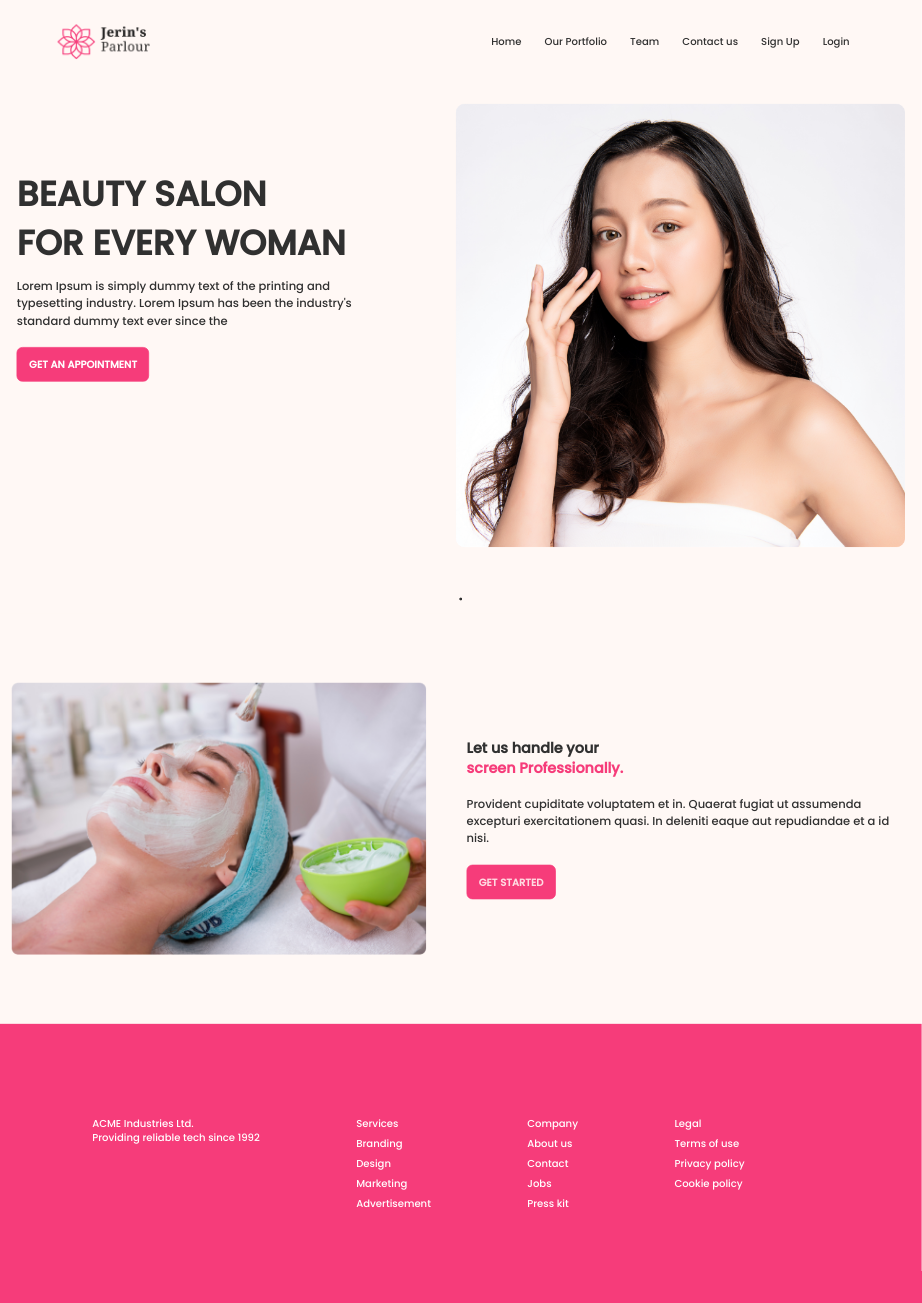
Repository: Wahid137/jerins-parlour-client
Page: /
These files come from the project's save history. The page is drawn as it stood at one moment and after the next save; the edit follows.
The browser window is 1280 px wide. The pictures show the whole page, at 72% of full size.
The page's requests for data from a server got no answer. The project was rebuilt for these pictures with package versions that can differ from the ones it lists, and the page was loaded fresh each time. No one was signed in, and anything a server would have sent is missing. Also part of the build but not shown: src/App.css, src/Pages/Home/Services/ServicesCard.js.

Above is the page before, as saved 2023-07-16 04:14:07.

### public/index.html
<!DOCTYPE html>
<html lang="en">
  <head>
    <meta charset="utf-8" />
    <link rel="icon" href="%PUBLIC_URL%/favicon.ico" />
    <meta name="viewport" content="width=device-width, initial-scale=1" />
    <meta name="theme-color" content="#000000" />
    <meta
      name="description"
      content="Web site created using create-react-app"
    />
    <link rel="preconnect" href="https://fonts.googleapis.com">
    <link rel="preconnect" href="https://fonts.gstatic.com" crossorigin>
    <link href="https://fonts.googleapis.com/css2?family=Poppins:wght@500&display=swap" rel="stylesheet">
    <link rel="apple-touch-icon" href="%PUBLIC_URL%/logo192.png" />
    <!--
      manifest.json provides metadata used when your web app is installed on a
      user's mobile device or desktop. See https://developers.google.com/web/fundamentals/web-app-manifest/
    -->
    <link rel="manifest" href="%PUBLIC_URL%/manifest.json" />
    <!--
      Notice the use of %PUBLIC_URL% in the tags above.
      It will be replaced with the URL of the `public` folder during the build.
      Only files inside the `public` folder can be referenced from the HTML.

      Unlike "/favicon.ico" or "favicon.ico", "%PUBLIC_URL%/favicon.ico" will
      work correctly both with client-side routing and a non-root public URL.
      Learn how to configure a non-root public URL by running `npm run build`.
    -->
    <title>React App</title>
  </head>
  <body>
    <noscript>You need to enable JavaScript to run this app.</noscript>
    <div id="root"></div>
    <!--
      This HTML file is a template.
      If you open it directly in the browser, you will see an empty page.

      You can add webfonts, meta tags, or analytics to this file.
      The build step will place the bundled scripts into the <body> tag.

      To begin the development, run `npm start` or `yarn start`.
      To create a production bundle, use `npm run build` or `yarn build`.
    -->
  </body>
</html>

### src/index.js
import React from 'react';
import ReactDOM from 'react-dom/client';
import './index.css';
import App from './App';
import reportWebVitals from './reportWebVitals';
import { QueryClient, QueryClientProvider } from '@tanstack/react-query'


// Create a client
const queryClient = new QueryClient()

const root = ReactDOM.createRoot(document.getElementById('root'));
root.render(
  <React.StrictMode>
    <QueryClientProvider client={queryClient}>
      <App />
    </QueryClientProvider>
  </React.StrictMode>
);

// If you want to start measuring performance in your app, pass a function
// to log results (for example: reportWebVitals(console.log))
// or send to an analytics endpoint. Learn more: https://bit.ly/CRA-vitals
reportWebVitals();

### src/index.css
@tailwind base;
@tailwind components;
@tailwind utilities;

body {
  background-color: #FFF8F5;
  margin: 0;
  font-family: -apple-system, BlinkMacSystemFont, 'Segoe UI', 'Roboto', 'Oxygen',
    'Ubuntu', 'Cantarell', 'Fira Sans', 'Droid Sans', 'Helvetica Neue',
    sans-serif;
    font-family: 'Poppins', sans-serif;
  -webkit-font-smoothing: antialiased;
  -moz-osx-font-smoothing: grayscale;
}

code {
  font-family: source-code-pro, Menlo, Monaco, Consolas, 'Courier New',
    monospace;
}

### src/App.js
import logo from './logo.svg';
import './App.css';
import { RouterProvider } from 'react-router-dom';
import router from './Routes/Routes/Routes';
import { Toaster } from 'react-hot-toast';

function App() {
  return (
    <div className=" mx-auto">
      <RouterProvider router={router}></RouterProvider>
      <Toaster></Toaster>
    </div>
  );
}

export default App;

### src/Routes/Routes/Routes.js
const { createBrowserRouter } = require("react-router-dom");
const { default: Main } = require("../../Layout/Main");
const { default: Home } = require("../../Pages/Home/Home/Home");

const router = createBrowserRouter([
    {
        path: '/',
        element: <Main></Main>,
        children: [
            {
                path: '/',
                element: <Home></Home>
            }
        ]
    }
])
export default router;

### src/Layout/Main.js
import React from 'react';
import Navbar from '../Shared/Navbar/Navbar';
import { Outlet } from 'react-router-dom';
import Footer from '../Shared/Footer/Footer';

const Main = () => {
    return (
        <div>
            <Navbar></Navbar>
            <Outlet></Outlet>
            <Footer></Footer>
        </div>
    );
};

export default Main;

### src/Pages/Home/Home/Home.js
import React from 'react';
import Banner from '../Banner/Banner';
import Services from '../Services/Services';
import Screen from '../Screen/Screen';

const Home = () => {
    return (
        <div>
            <Banner></Banner>
            <Services></Services>
            <Screen></Screen>
        </div>
    );
};

export default Home;

### src/Shared/Navbar/Navbar.js
import React from 'react';
import logo from '../../assets/logo.png';
import { Link } from 'react-router-dom';

const Navbar = () => {
    const menuItem = <>
        <li><Link to="/">Home</Link></li>
        <li><Link to="/portfolio">Our Portfolio</Link></li>
        <li><Link to="/team">Team</Link></li>
        <li><Link to="/dashboard">Contact us</Link></li>
        <li><Link to="/signup">Sign Up</Link></li>
        <li><Link to="/login">Login</Link></li>

    </>
    return (
        <div className="navbar flex justify-between px-20 pt-8">
            <div className="navbar-start">
                <div className="dropdown">
                    <label tabIndex={0} className="btn btn-ghost lg:hidden">
                        <svg xmlns="http://www.w3.org/2000/svg" className="h-5 w-5" fill="none" viewBox="0 0 24 24" stroke="currentColor"><path strokeLinecap="round" strokeLinejoin="round" strokeWidth="2" d="M4 6h16M4 12h8m-8 6h16" /></svg>
                    </label>
                    <ul tabIndex={1} className="menu menu-sm dropdown-content mt-3 z-[1] p-2 shadow bg-base-100 rounded-box w-52">
                        {menuItem}
                    </ul>
                </div>
                <Link to="/" className="w-32">
                    <img src={logo} alt="" />
                </Link>
            </div>
            <div className="navbar-center hidden lg:flex">
                <ul className="menu menu-horizontal px-1">
                    {menuItem}
                </ul>
            </div>
            <label htmlFor="dashboard-drawer" tabIndex={2} className="btn btn-ghost lg:hidden">
                <svg xmlns="http://www.w3.org/2000/svg" className="h-5 w-5" fill="none" viewBox="0 0 24 24" stroke="currentColor"><path strokeLinecap="round" strokeLinejoin="round" strokeWidth="2" d="M4 6h16M4 12h8m-8 6h16" /></svg>
            </label>

        </div>
    );
};

export default Navbar;

### src/Shared/Footer/Footer.js
import React from 'react';


const Footer = () => {
    return (
        <footer className="footer p-32 bg-primary text-white w-full max-w-full">
            <div>
                <p>ACME Industries Ltd.<br />Providing reliable tech since 1992</p>
            </div>
            <div>
                <span className=" text-white">Services</span>
                <a href="/" className="link link-hover">Branding</a>
                <a href="/" className="link link-hover">Design</a>
                <a href="/" className="link link-hover">Marketing</a>
                <a href="/" className="link link-hover">Advertisement</a>
            </div>
            <div>
                <span className="">Company</span>
                <a href="/" className="link link-hover">About us</a>
                <a href="/" className="link link-hover">Contact</a>
                <a href="/" className="link link-hover">Jobs</a>
                <a href="/" className="link link-hover">Press kit</a>
            </div>
            <div>
                <span className="">Legal</span>
                <a href="/" className="link link-hover">Terms of use</a>
                <a href="/" className="link link-hover">Privacy policy</a>
                <a href="/" className="link link-hover">Cookie policy</a>
            </div>
        </footer>
    );
};

export default Footer;

### src/Pages/Home/Banner/Banner.js
import React from 'react';
import woman from '../../../assets/images/woman.png';
import PrimaryButton from '../../../Components/PrimaryButton/PrimaryButton';

const Banner = () => {
    return (
        <div className="hero" >
            <div className="hero-content flex-col lg:flex-row-reverse min-h-screen">

                <img src={woman} className="rounded-lg lg:w-1/2" alt="" />

                <div className='lg:me-32 lg:-mt-32'>
                    <h1 className="text-5xl font-bold mt-0 mb-5">BEAUTY SALON</h1>
                    <h1 className="text-5xl font-bold">FOR EVERY WOMAN</h1>
                    <p className="py-6">Lorem Ipsum is simply dummy text of the printing and <br /> typesetting industry. Lorem Ipsum has been the industry's <br /> standard dummy text ever since the</p>
                    <PrimaryButton>Get an Appointment</PrimaryButton>
                </div>
            </div>
        </div>
    );
};

export default Banner;

### src/Pages/Home/Services/Services.js
import { useQuery } from '@tanstack/react-query';
import React from 'react';
import Loading from '../../../Shared/Loading/Loading';


import ServicesCard from './ServicesCard';
import PrimaryButton from '../../../Components/PrimaryButton/PrimaryButton';



const Services = () => {
    const { data: services = [], isLoading } = useQuery({
        queryKey: ['services'],
        queryFn: () => fetch('http://localhost:5000/services')
            .then(res => res.json())
    })


    if (isLoading) {
        return <Loading></Loading>;
    }

    return (
        <div className='p-0 my-5'>
            <div className='mx-auto mb-4 py-10 text-center w-1/2'>
                <p className='text-2xl font-bold'>Our Awesome <span className='text-primary'>Services</span></p>
            </div>
            <div className='grid gap-1 grid-cols-1 md:grid-cols-2 lg:grid-cols-3'>
                {
                    services.map(service => <ServicesCard
                        key={service._id}
                        service={service}
                    ></ServicesCard>)
                }
            </div>
            <div className='text-center mt-10'>
                <PrimaryButton >Explore More</PrimaryButton>
            </div>

        </div >
    );
};

export default Services;

### src/Pages/Home/Screen/Screen.js
import React from 'react';
import face from '../../../assets/images/face.png'

const Screen = () => {
    return (
        <div className="hero py-20 bg-secondary">
            <div className="hero-content flex-col lg:flex-row">
                <img src={face} className="max-w-xl rounded-lg" alt="" />
                <div className='lg:w-1/2 ms-10'>
                    <h1 className="text-xl font-semibold">Let us handle your <br /><span className='text-primary'>screen Professionally.</span></h1>
                    <p className="py-6">Provident cupiditate voluptatem et in. Quaerat fugiat ut assumenda excepturi exercitationem quasi. In deleniti eaque aut repudiandae et a id nisi.</p>
                    <button className="btn btn-primary">Get Started</button>
                </div>
            </div>
        </div>
    );
};

export default Screen;

### src/Components/PrimaryButton/PrimaryButton.js
import React from 'react';

const PrimaryButton = ({ children }) => {
    return (
        <button className="btn btn-primary text-white">{children}</button>
    );
};

export default PrimaryButton;

### src/Shared/Loading/Loading.js
import React from 'react';

const Loading = () => {
    return (
        <div className="flex items-center justify-center">
            <span className="loading loading-ring loading-lg"></span>
        </div>
    );
};

export default Loading;

### tailwind.config.js
/** @type {import('tailwindcss').Config} */
module.exports = {
  content: [
    "./src/**/*.{js,jsx,ts,tsx}",
  ],
  daisyui: {
    themes: [
      {
        parlourTheme: {
          primary: '#F63E7B',
          secondary: '#FFF8F5',
          accent: '##F4F7FC',
          neutral: '#3D4451',
          "base-100": '#FFFFFF',
        }
      }
    ]
  },
  theme: {
    extend: {},
  },
  plugins: [require("daisyui")],
}

Loaded but not shown: src/reportWebVitals.js (common file)

After the next save:
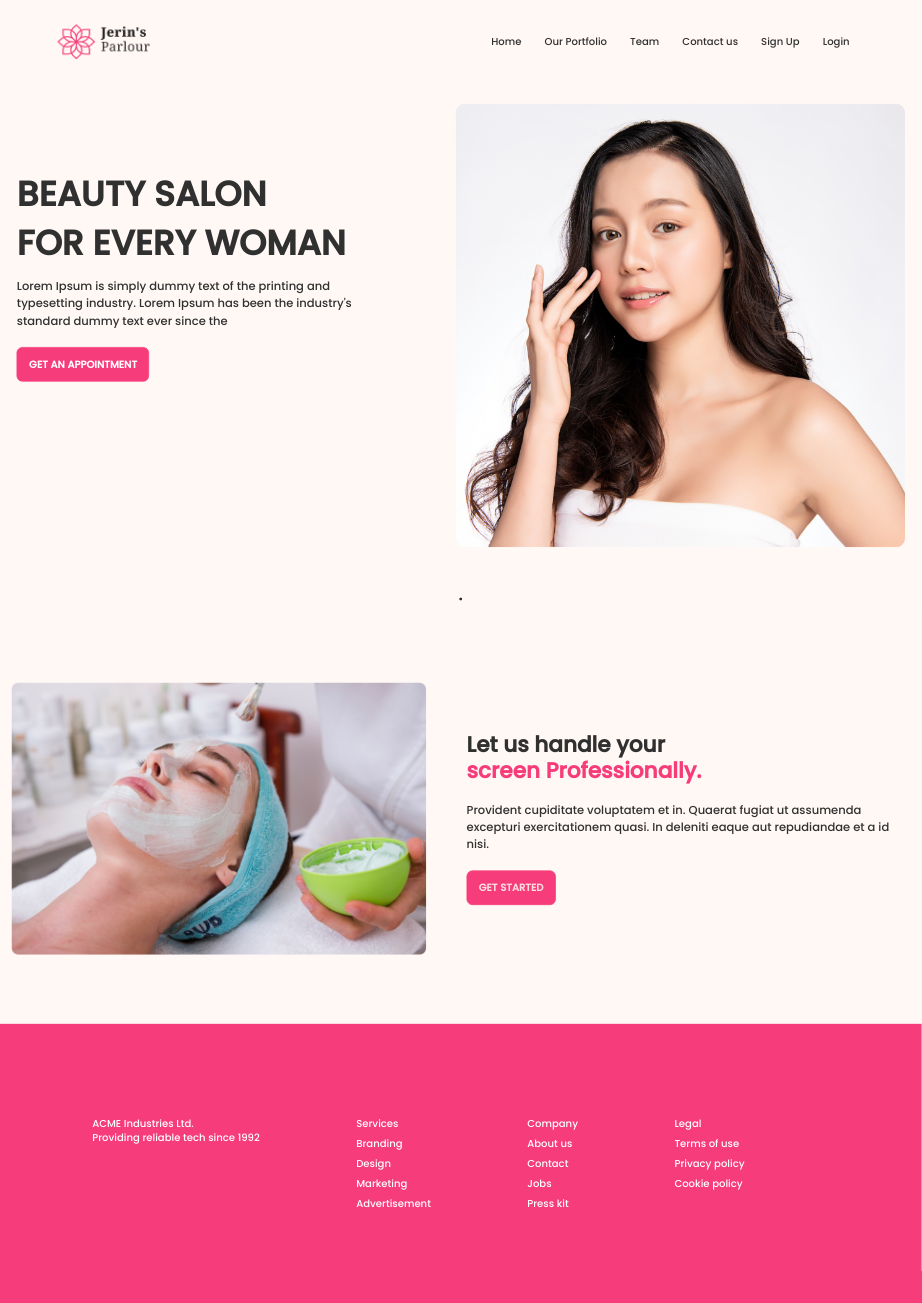
Saved 32 s later.
--- a/src/Pages/Home/Screen/Screen.js
+++ b/src/Pages/Home/Screen/Screen.js
@@ -7,7 +7,7 @@ const Screen = () => {
             <div className="hero-content flex-col lg:flex-row">
                 <img src={face} className="max-w-xl rounded-lg" alt="" />
                 <div className='lg:w-1/2 ms-10'>
-                    <h1 className="text-xl font-semibold">Let us handle your <br /><span className='text-primary'>screen Professionally.</span></h1>
+                    <h1 className="text-3xl font-semibold">Let us handle your <br /><span className='text-primary'>screen Professionally.</span></h1>
                     <p className="py-6">Provident cupiditate voluptatem et in. Quaerat fugiat ut assumenda excepturi exercitationem quasi. In deleniti eaque aut repudiandae et a id nisi.</p>
                     <button className="btn btn-primary">Get Started</button>
                 </div>
